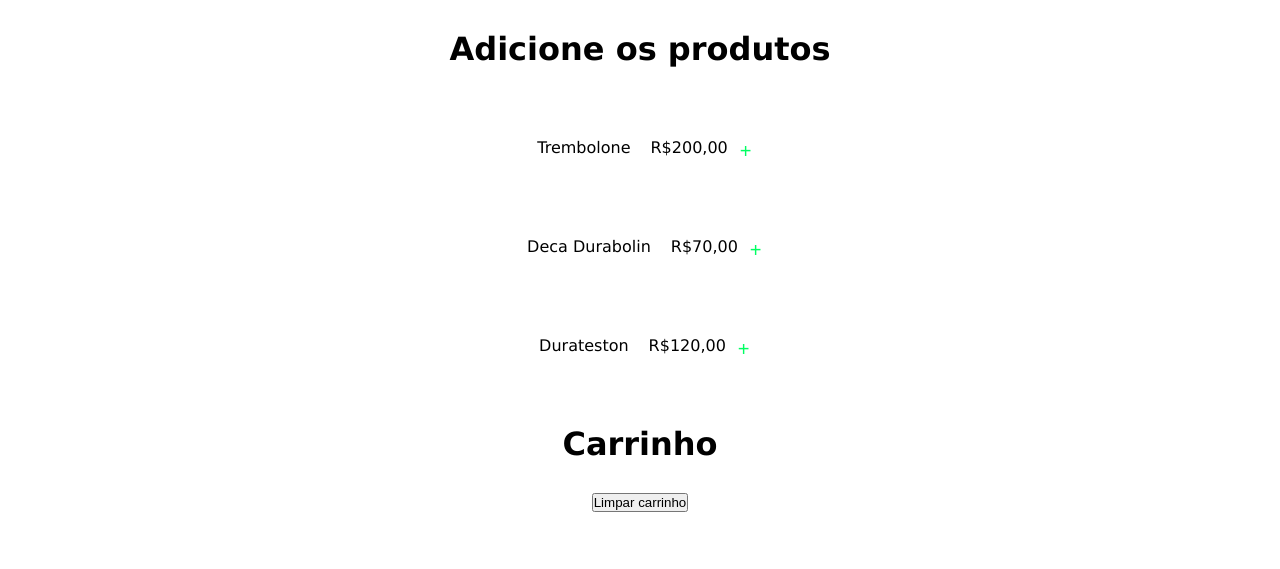
Repository: Leonngc/Lab
Page: confirm.html
An editor plug-in stored every save of this project. The page is shown before and after the next save, followed by the edit.
The browser window is 1280 px wide. The pictures show the whole page.

Above is the page before, as saved 2023-01-12 22:09:10.

### confirm.html
<!DOCTYPE html>
<html lang="pt-br">
  <head>
    <meta charset="UTF-8" />
    <meta http-equiv="X-UA-Compatible" content="IE=edge" />
    <meta name="viewport" content="width=device-width, initial-scale=1.0" />
    <link
      rel="stylesheet"
      href="https://cdnjs.cloudflare.com/ajax/libs/font-awesome/6.2.1/css/all.min.css"
      integrity="sha512-MV7K8+y+gLIBoVD59lQIYicR65iaqukzvf/nwasF0nqhPay5w/9lJmVM2hMDcnK1OnMGCdVK+iQrJ7lzPJQd1w=="
      crossorigin="anonymous"
      referrerpolicy="no-referrer"
    />
    <link rel="stylesheet" href="styles/confirm.css" />
    <title>Document</title>
  </head>

  <body>
    <h1>Adicione os produtos</h1>
    <div class="prod">
      <p>Trembolone</p>
      <p>R$200,00</p>
      <button onclick="addTrembo()"><i class="fa-thin fa-plus"></i></button>
    </div>

    <div class="prod">
      <p>Deca Durabolin</p>
      <p>R$70,00</p>
      <button onclick="addDeca()"><i class="fa-thin fa-plus"></i></button>
    </div>
    <div class="prod">
      <p>Durateston</p>
      <p>R$120,00</p>
      <button onclick="addTesto()"><i class="fa-thin fa-plus"></i></button>
    </div>

    <div id="carrinho">
      <h1>Carrinho</h1>
      <input type="button" value="Limpar carrinho" onclick="clear()">
    </div>

    <script src="js/confirm.js"></script>
  </body>
</html>

### styles/confirm.css
*{
    margin: 0;
    padding: 0;
    box-sizing: border-box;
}

body{
   text-align: center;
}

h1{
    text-align: center;
    font-family: Verdana, Geneva, Tahoma, sans-serif;
    padding: 30px;
}

.prod{
 display: flex;
   margin: auto;
    padding: 30px;
    justify-content: center;
}

.prod > p{
    font-family: Verdana, Geneva, Tahoma, sans-serif;
    margin: 10px;
}

.prod > button{
    height: 20px;
    width: 15px;
    margin-top: 12px;
    background-color: white;
    font-size: 20px;
    color: rgb(0, 255, 98);
    border: 0;

}

button{
    display: hidden;
}

### js/confirm.js
const trembo = {
  valor: 200,
  ampolas: 10,
};

const deca = {
  valor: 70,
  ampolas: 10,
};

const testo = {
  valor: 120,
  ampolas: 10,
};

const chaveAdd = "anabol";
var res = document.getElementById('carrinho');


function addTrembo() {
  localStorage.setItem(chaveAdd, trembo);
  alert("Trembolone adicionado ao carrinho");
  res.innerHTML += `Trembolone R$70,00 <br>`
}

function addTesto() {
  localStorage.setItem(chaveAdd, testo);
  alert("Você adicionou Durateston ao carrinho");
  res.innerHTML += `Durateston R$120,00 <br>`
}

function addDeca() {
  localStorage.setItem(chaveAdd, deca);
  alert("Você adicionou Deca Durabolin ao carrinho");

  res.innerHTML += `Deca R$70,00 <br> <input type ="button" value = "X"`
}

function clear(){
  res.innerHTML = ``
}

After the next save:
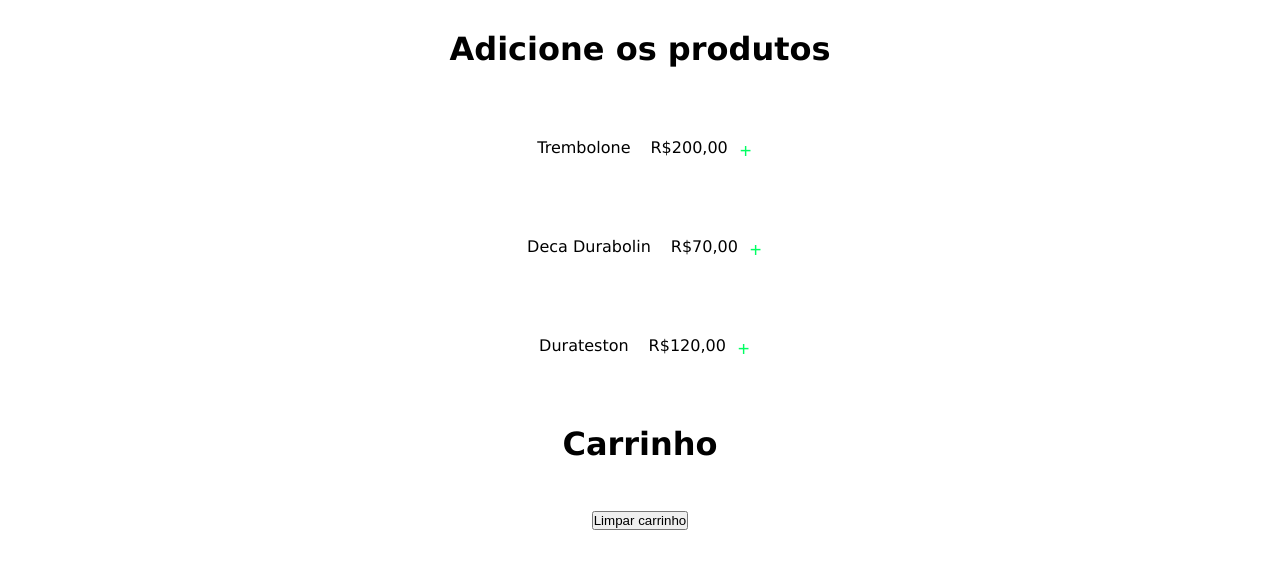
Saved 12 s later.
--- a/confirm.html
+++ b/confirm.html
@@ -36,7 +36,7 @@
 
     <div id="carrinho">
       <h1>Carrinho</h1>
-      <input type="button" value="Limpar carrinho" onclick="clear()">
+      <br> <input type="button" value="Limpar carrinho" onclick="clear()">
     </div>
 
     <script src="js/confirm.js"></script>

After the save that followed:
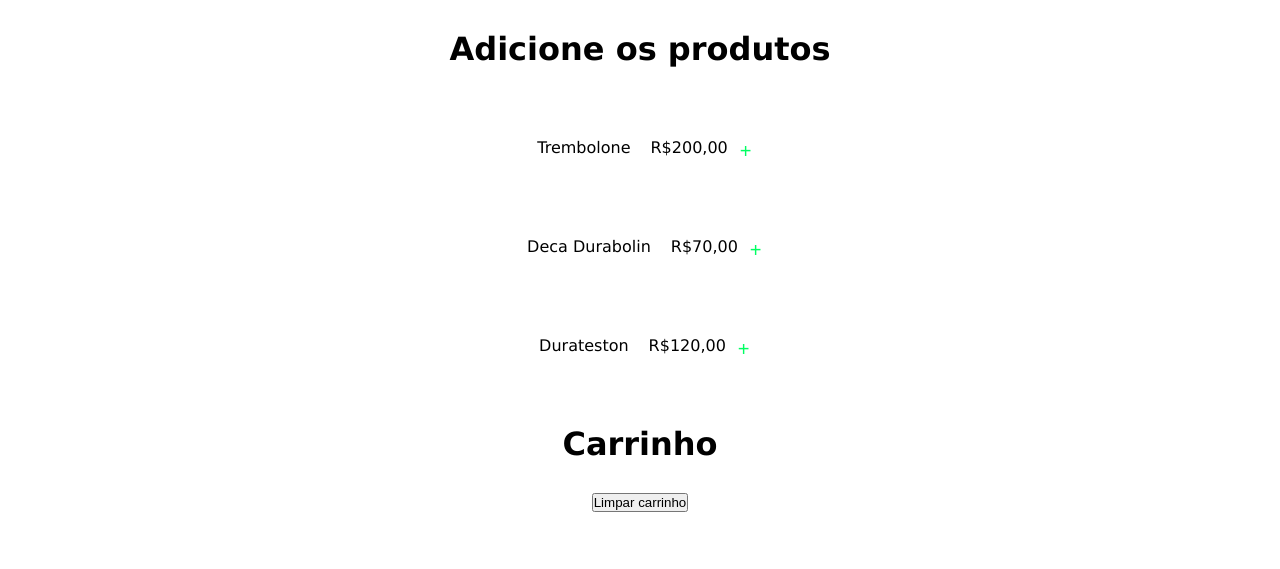
Saved 12 s later.
--- a/confirm.html
+++ b/confirm.html
@@ -36,7 +36,7 @@
 
     <div id="carrinho">
       <h1>Carrinho</h1>
-      <br> <input type="button" value="Limpar carrinho" onclick="clear()">
+      <input type="button" value="Limpar carrinho" onclick="clear()">
     </div>
 
     <script src="js/confirm.js"></script>
